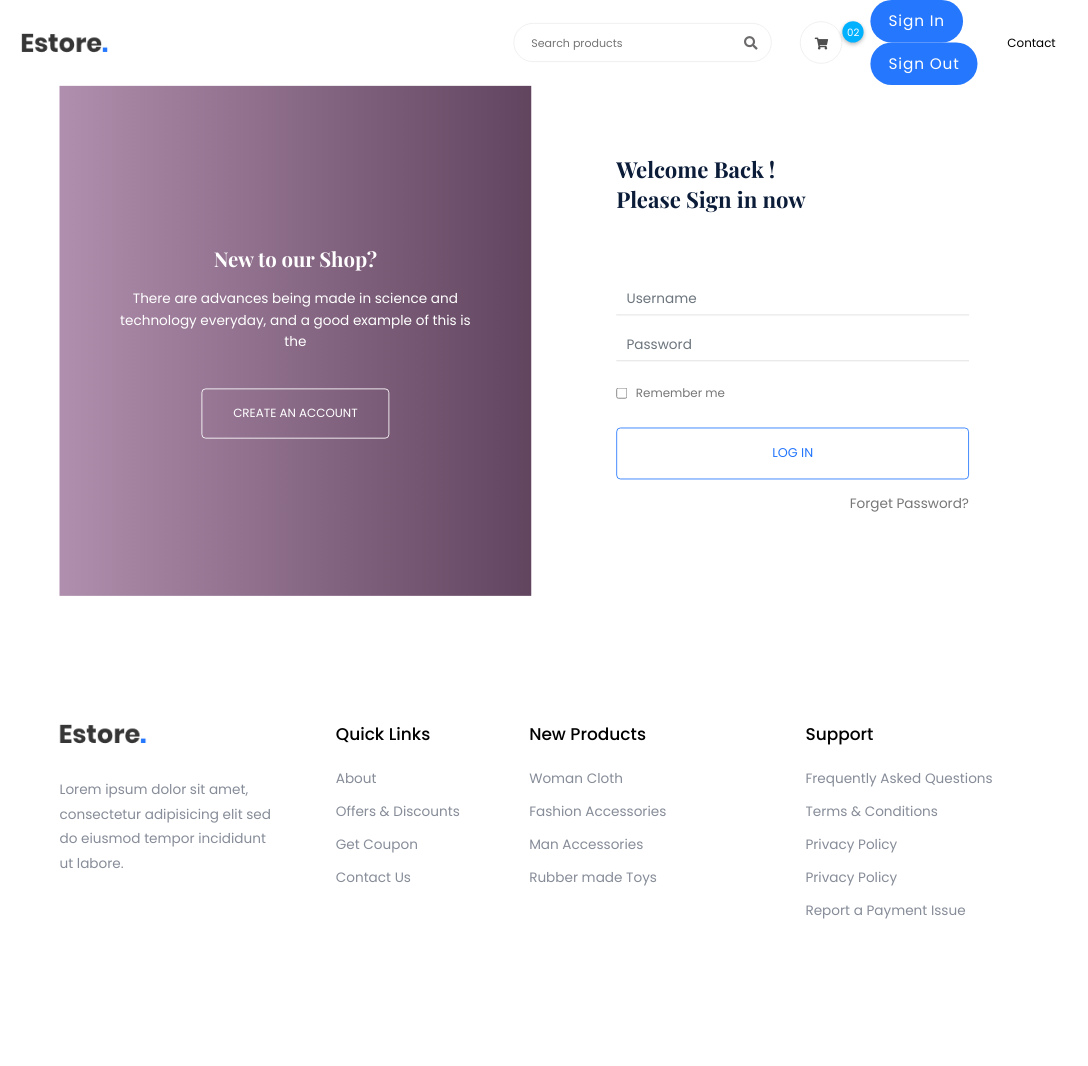
Repository: tuanloc782004/Estore-Bookshop-Website
Page: http://localhost/auth/login
An editor plug-in stored every save of this project. The page is shown before and after the next save, followed by the edit.
The browser window is 1280 px wide. The pictures show the whole page, at 85% of full size.
Some web fonts or font styles are not loaded; a fallback is used. The page is this project's Thymeleaf template; nobody is signed in. Other server files are loaded and not shown. The template is opened directly, without the code that normally fills it, so the values that code supplies are empty.

Above is the page before, as saved 2024-10-26 13:53:17.

### myscp/src/main/resources/templates/auth/login.html
<!doctype html>
<html lang="zxx" xmlns:th="http://www.thymeleaf.org"
	xmlns:sec="https://www.thymeleaf.org/extras/spring-security6">

<head th:replace="user/layout/head::head"></head>

<body>

	<div th:replace="user/layout/preloader-start::preloader-start"></div>

	<header th:replace="user/layout/header::header"></header>

	<!--================login_part Area =================-->
	<section class="login_part">
		<div class="container">
			<div class="row align-items-center">
				<div class="col-lg-6 col-md-6">
					<div class="login_part_text text-center">
						<div class="login_part_text_iner">
							<h2>New to our Shop?</h2>
							<p>There are advances being made in science and technology
								everyday, and a good example of this is the</p>
							<a href="#" class="btn_3">Create an Account</a>
						</div>
					</div>
				</div>
				<div class="col-lg-6 col-md-6">
					<div class="login_part_form">
						<div class="login_part_form_iner">
							<div th:if="${param.error}">Invalid username and password.
							</div>
							<div th:if="${param.logout}">You have been logged out.</div>
							<h3>
								Welcome Back ! <br> Please Sign in now
							</h3>
							<form class="row contact_form" th:action="@{/login}"
								method="post" novalidate="novalidate">
								<div class="col-md-12 form-group p_star">
									<input type="text" class="form-control" id="name"
										name="username" value="" placeholder="Username">
								</div>
								<div class="col-md-12 form-group p_star">
									<input type="password" class="form-control" id="password"
										name="password" value="" placeholder="Password">
								</div>
								<div class="col-md-12 form-group">
									<div class="creat_account d-flex align-items-center">
										<input type="checkbox" id="f-option" name="selector">
										<label for="f-option">Remember me</label>
									</div>
									<button type="submit" value="submit" class="btn_3">
										log in</button>
									<a class="lost_pass" href="#">forget password?</a>
								</div>
							</form>
						</div>
					</div>
				</div>
			</div>
		</div>
	</section>
	<!--================login_part end =================-->

	<footer th:replace="user/layout/footer::footer"></footer>

	<div th:replace="user/layout/script::script"></div>

</body>

</html>

### myscp/src/main/resources/templates/user/layout/head.html
<head th:fragment="head">
<meta charset="utf-8">
<meta http-equiv="x-ua-compatible" content="ie=edge">
<title>Estore</title>
<meta name="description" content="">
<meta name="viewport" content="width=device-width, initial-scale=1">
<link rel="manifest" href="site.webmanifest">
<link rel="shortcut icon" type="image/x-icon"
	th:href="@{/assets/img/favicon.ico}">

<!-- CSS here -->
<link rel="stylesheet" th:href="@{/assets/css/bootstrap.min.css}">
<link rel="stylesheet" th:href="@{/assets/css/owl.carousel.min.css}">
<link rel="stylesheet" th:href="@{/assets/css/flaticon.css}">
<link rel="stylesheet" th:href="@{/assets/css/slicknav.css}">
<link rel="stylesheet" th:href="@{/assets/css/animate.min.css}">
<link rel="stylesheet" th:href="@{/assets/css/magnific-popup.css}">
<link rel="stylesheet" th:href="@{/assets/css/fontawesome-all.min.css}">
<link rel="stylesheet" th:href="@{/assets/css/themify-icons.css}">
<link rel="stylesheet" th:href="@{/assets/css/slick.css}">
<link rel="stylesheet" th:href="@{/assets/css/nice-select.css}">
<link rel="stylesheet" th:href="@{/assets/css/style.css}">
</head>

### myscp/src/main/resources/templates/user/layout/preloader-start.html
<!-- Preloader Start -->
<div id="preloader-active" th:fragment="preloader-start">
	<div class="preloader d-flex align-items-center justify-content-center">
		<div class="preloader-inner position-relative">
			<div class="preloader-circle"></div>
			<div class="preloader-img pere-text">
				<img th:src="@{/assets/img/logo/logo.png}" alt="">
			</div>
		</div>
	</div>
</div>
<!-- Preloader Start -->

### myscp/src/main/resources/templates/user/layout/header.html
<header th:fragment="header">
	<!-- Header Start -->
	<div class="header-area">
		<div class="main-header ">
			<div class="header-bottom  header-sticky">
				<div class="container-fluid">
					<div class="row align-items-center">
						<!-- Logo -->
						<div class="col-xl-1 col-lg-1 col-md-1 col-sm-3">
							<div class="logo">
								<a th:href="@{/}"><img th:src="@{/assets/img/logo/logo.png}"
									alt=""></a>
							</div>
						</div>
						<div class="col-xl-10 col-lg-10 col-md-10 col-sm-6">
							<ul
								class="header-right f-right d-flex justify-content-between align-items-center">
								<li class="d-none d-xl-block">
									<div class="form-box f-right ">
										<input type="text" name="Search" placeholder="Search products">
										<div class="search-icon">
											<i class="fas fa-search special-tag"></i>
										</div>
									</div>
								</li>
								<li>
									<div class="shopping-card">
										<a href="cart.html"><i class="fas fa-shopping-cart"></i></a>
									</div>
								</li>
								<li class="d-none d-lg-block"><sec:authorize
										access="isAnonymous()">
										<form th:action="@{/login}" method="get">
											<input type="submit" value="Sign In" class="btn header-btn"/>
										</form>
									</sec:authorize> <sec:authorize access="isAuthenticated()">
										<form th:action="@{/logout}" method="post">
											<input type="submit" value="Sign Out" class="btn header-btn"/>
										</form>
									</sec:authorize></li>
							</ul>
						</div>


						<div class="col-xl-1 col-lg-1 col-md-1 col-sm-3">
							<!-- Main-menu -->
							<div class="main-menu f-right d-none d-lg-block">
								<nav>
									<ul id="navigation">
										<li><a href="contact.html">Contact</a></li>
									</ul>
								</nav>
							</div>
						</div>
						<!-- Mobile Menu -->
						<div class="col-12">
							<div class="mobile_menu d-block d-lg-none"></div>
						</div>
					</div>
				</div>
			</div>
		</div>
	</div>
	<!-- Header End -->
</header>

### myscp/src/main/resources/templates/user/layout/footer.html
<footer th:fragment="footer">

	<!-- Footer Start-->
	<div class="footer-area footer-padding">
		<div class="container">
			<div class="row d-flex justify-content-between">
				<div class="col-xl-3 col-lg-3 col-md-5 col-sm-6">
					<div class="single-footer-caption mb-50">
						<div class="single-footer-caption mb-30">
							<!-- logo -->
							<div class="footer-logo">
								<a href="index.html"><img
									th:src="@{/assets/img/logo/logo2_footer.png}" alt=""></a>
							</div>
							<div class="footer-tittle">
								<div class="footer-pera">
									<p>Lorem ipsum dolor sit amet, consectetur adipisicing elit
										sed do eiusmod tempor incididunt ut labore.</p>
								</div>
							</div>
						</div>
					</div>
				</div>
				<div class="col-xl-2 col-lg-3 col-md-3 col-sm-5">
					<div class="single-footer-caption mb-50">
						<div class="footer-tittle">
							<h4>Quick Links</h4>
							<ul>
								<li><a href="#">About</a></li>
								<li><a href="#"> Offers & Discounts</a></li>
								<li><a href="#"> Get Coupon</a></li>
								<li><a href="#"> Contact Us</a></li>
							</ul>
						</div>
					</div>
				</div>
				<div class="col-xl-3 col-lg-3 col-md-4 col-sm-7">
					<div class="single-footer-caption mb-50">
						<div class="footer-tittle">
							<h4>New Products</h4>
							<ul>
								<li><a href="#">Woman Cloth</a></li>
								<li><a href="#">Fashion Accessories</a></li>
								<li><a href="#"> Man Accessories</a></li>
								<li><a href="#"> Rubber made Toys</a></li>
							</ul>
						</div>
					</div>
				</div>
				<div class="col-xl-3 col-lg-3 col-md-5 col-sm-7">
					<div class="single-footer-caption mb-50">
						<div class="footer-tittle">
							<h4>Support</h4>
							<ul>
								<li><a href="#">Frequently Asked Questions</a></li>
								<li><a href="#">Terms & Conditions</a></li>
								<li><a href="#">Privacy Policy</a></li>
								<li><a href="#">Privacy Policy</a></li>
								<li><a href="#">Report a Payment Issue</a></li>
							</ul>
						</div>
					</div>
				</div>
			</div>
		</div>
	</div>
	<!-- Footer End-->

</footer>

### myscp/src/main/resources/templates/user/layout/script.html
<div th:fragment="script">
	<!-- JS here -->

	<!-- All JS Custom Plugins Link Here here -->
	<script th:src="@{/assets/js/vendor/modernizr-3.5.0.min.js}"></script>
	<!-- Jquery, Popper, Bootstrap -->
	<script th:src="@{/assets/js/vendor/jquery-1.12.4.min.js}"></script>
	<script th:src="@{/assets/js/popper.min.js}"></script>
	<script th:src="@{/assets/js/bootstrap.min.js}"></script>
	<!-- Jquery Mobile Menu -->
	<script th:src="@{/assets/js/jquery.slicknav.min.js}"></script>

	<!-- Jquery Slick , Owl-Carousel Plugins -->
	<script th:src="@{/assets/js/owl.carousel.min.js}"></script>
	<script th:src="@{/assets/js/slick.min.js}"></script>

	<!-- One Page, Animated-HeadLin -->
	<script th:src="@{/assets/js/wow.min.js}"></script>
	<script th:src="@{/assets/js/animated.headline.js}"></script>
	<script th:src="@{/assets/js/jquery.magnific-popup.js}"></script>

	<!-- Scrollup, nice-select, sticky -->
	<script th:src="@{/assets/js/jquery.scrollUp.min.js}"></script>
	<script th:src="@{/assets/js/jquery.nice-select.min.js}"></script>
	<script th:src="@{/assets/js/jquery.sticky.js}"></script>
	<script src="./assets/js/jquery.magnific-popup.js"></script>

	<!-- contact js -->
	<script th:src="@{/assets/js/contact.js}"></script>
	<script th:src="@{/assets/js/jquery.form.js}"></script>
	<script th:src="@{/assets/js/jquery.validate.min.js}"></script>
	<script th:src="@{/assets/js/mail-script.js}"></script>
	<script th:src="@{/assets/js/jquery.ajaxchimp.min.js}"></script>

	<!-- Jquery Plugins, main Jquery -->
	<script th:src="@{/assets/js/plugins.js}"></script>
	<script th:src="@{/assets/js/main.js}"></script>
</div>

### myscp/src/main/resources/static/assets/js/contact.js
$(document).ready(function(){

    (function($) {
        "use strict";


    jQuery.validator.addMethod('answercheck', function (value, element) {
        return this.optional(element) || /^\bcat\b$/.test(value)
    }, "type the correct answer -_-");

    // validate contactForm form
    $(function() {
        $('#contactForm').validate({
            rules: {
                name: {
                    required: true,
                    minlength: 2
                },
                subject: {
                    required: true,
                    minlength: 4
                },
                number: {
                    required: true,
                    minlength: 5
                },
                email: {
                    required: true,
                    email: true
                },
                message: {
                    required: true,
                    minlength: 20
                }
            },
            messages: {
                name: {
                    required: "come on, you have a name, don't you?",
                    minlength: "your name must consist of at least 2 characters"
                },
                subject: {
                    required: "come on, you have a subject, don't you?",
                    minlength: "your subject must consist of at least 4 characters"
                },
                number: {
                    required: "come on, you have a number, don't you?",
                    minlength: "your Number must consist of at least 5 characters"
                },
                email: {
                    required: "no email, no message"
                },
                message: {
                    required: "um...yea, you have to write something to send this form.",
                    minlength: "thats all? really?"
                }
            },
            submitHandler: function(form) {
                $(form).ajaxSubmit({
                    type:"POST",
                    data: $(form).serialize(),
                    url:"contact_process.php",
                    success: function() {
                        $('#contactForm :input').attr('disabled', 'disabled');
                        $('#contactForm').fadeTo( "slow", 1, function() {
                            $(this).find(':input').attr('disabled', 'disabled');
                            $(this).find('label').css('cursor','default');
                            $('#success').fadeIn()
                            $('.modal').modal('hide');
		                	$('#success').modal('show');
                        })
                    },
                    error: function() {
                        $('#contactForm').fadeTo( "slow", 1, function() {
                            $('#error').fadeIn()
                            $('.modal').modal('hide');
		                	$('#error').modal('show');
                        })
                    }
                })
            }
        })
    })

 })(jQuery)
})

### myscp/src/main/resources/static/assets/js/mail-script.js
    // -------   Mail Send ajax

     $(document).ready(function() {
        var form = $('#myForm'); // contact form
        var submit = $('.submit-btn'); // submit button
        var alert = $('.alert-msg'); // alert div for show alert message

        // form submit event
        form.on('submit', function(e) {
            e.preventDefault(); // prevent default form submit

            $.ajax({
                url: 'mail.php', // form action url
                type: 'POST', // form submit method get/post
                dataType: 'html', // request type html/json/xml
                data: form.serialize(), // serialize form data
                beforeSend: function() {
                    alert.fadeOut();
                    submit.html('Sending....'); // change submit button text
                },
                success: function(data) {
                    alert.html(data).fadeIn(); // fade in response data
                    form.trigger('reset'); // reset form
                    submit.attr("style", "display: none !important");; // reset submit button text
                },
                error: function(e) {
                    console.log(e)
                }
            });
        });
    });

### myscp/src/main/resources/static/assets/js/plugins.js
// Avoid `console` errors in browsers that lack a console.
(function() {
    var method;
    var noop = function () {};
    var methods = [
        'assert', 'clear', 'count', 'debug', 'dir', 'dirxml', 'error',
        'exception', 'group', 'groupCollapsed', 'groupEnd', 'info', 'log',
        'markTimeline', 'profile', 'profileEnd', 'table', 'time', 'timeEnd',
        'timeline', 'timelineEnd', 'timeStamp', 'trace', 'warn'
    ];
    var length = methods.length;
    var console = (window.console = window.console || {});

    while (length--) {
        method = methods[length];

        // Only stub undefined methods.
        if (!console[method]) {
            console[method] = noop;
        }
    }
}());

// Place any jQuery/helper plugins in here.

Loaded but not shown: myscp/src/main/resources/static/assets/css/bootstrap.min.css (library); myscp/src/main/resources/static/assets/css/owl.carousel.min.css (common file); myscp/src/main/resources/static/assets/css/flaticon.css (common file); myscp/src/main/resources/static/assets/css/slicknav.css (common file); myscp/src/main/resources/static/assets/css/animate.min.css (library); myscp/src/main/resources/static/assets/css/magnific-popup.css (library); myscp/src/main/resources/static/assets/css/fontawesome-all.min.css (library); myscp/src/main/resources/static/assets/css/themify-icons.css (common file); myscp/src/main/resources/static/assets/css/slick.css (common file); myscp/src/main/resources/static/assets/css/nice-select.css (common file); myscp/src/main/resources/static/assets/css/style.css (library); myscp/src/main/resources/static/assets/js/popper.min.js (library); myscp/src/main/resources/static/assets/js/bootstrap.min.js (library); myscp/src/main/resources/static/assets/js/jquery.slicknav.min.js (library); myscp/src/main/resources/static/assets/js/owl.carousel.min.js (library); myscp/src/main/resources/static/assets/js/slick.min.js (library); myscp/src/main/resources/static/assets/js/wow.min.js (library); myscp/src/main/resources/static/assets/js/animated.headline.js (common file); myscp/src/main/resources/static/assets/js/jquery.magnific-popup.js (library); myscp/src/main/resources/static/assets/js/jquery.scrollUp.min.js (common file); myscp/src/main/resources/static/assets/js/jquery.nice-select.min.js (common file); myscp/src/main/resources/static/assets/js/jquery.sticky.js (library); myscp/src/main/resources/static/assets/js/jquery.form.js (library); myscp/src/main/resources/static/assets/js/jquery.validate.min.js (library); myscp/src/main/resources/static/assets/js/jquery.ajaxchimp.min.js (library); myscp/src/main/resources/static/assets/js/main.js (520 lines, source omitted)

After the next save:
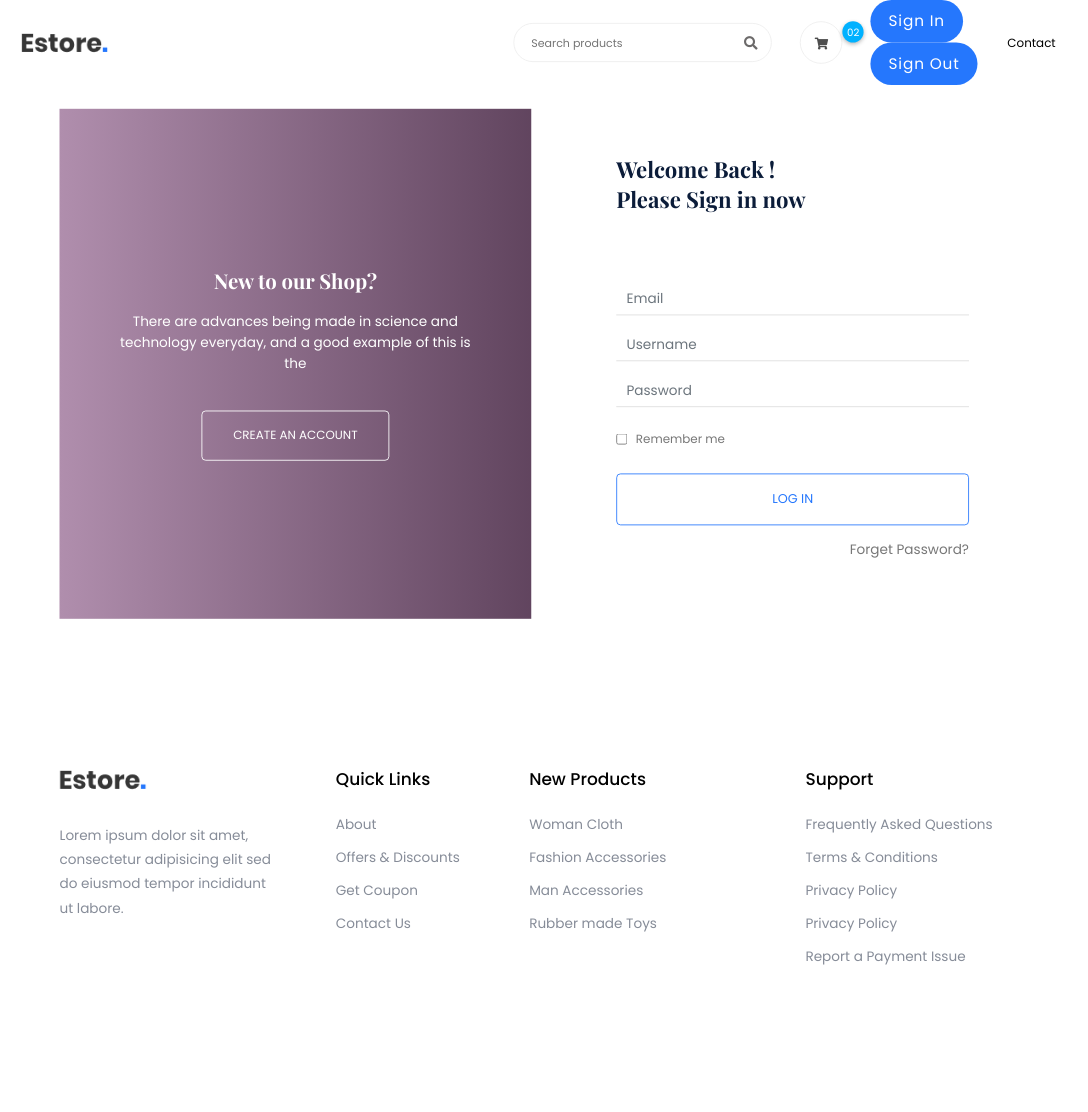
Saved 38 s later.
--- a/myscp/src/main/resources/templates/auth/login.html
+++ b/myscp/src/main/resources/templates/auth/login.html
@@ -20,7 +20,7 @@
 							<h2>New to our Shop?</h2>
 							<p>There are advances being made in science and technology
 								everyday, and a good example of this is the</p>
-							<a href="#" class="btn_3">Create an Account</a>
+							<a th:href="@{/register}" class="btn_3">Create an Account</a>
 						</div>
 					</div>
 				</div>
@@ -35,6 +35,10 @@
 							</h3>
 							<form class="row contact_form" th:action="@{/login}"
 								method="post" novalidate="novalidate">
+								<div class="col-md-12 form-group p_star">
+									<input type="email" class="form-control" id="email"
+										name="email" value="" placeholder="Email">
+								</div>
 								<div class="col-md-12 form-group p_star">
 									<input type="text" class="form-control" id="name"
 										name="username" value="" placeholder="Username">
